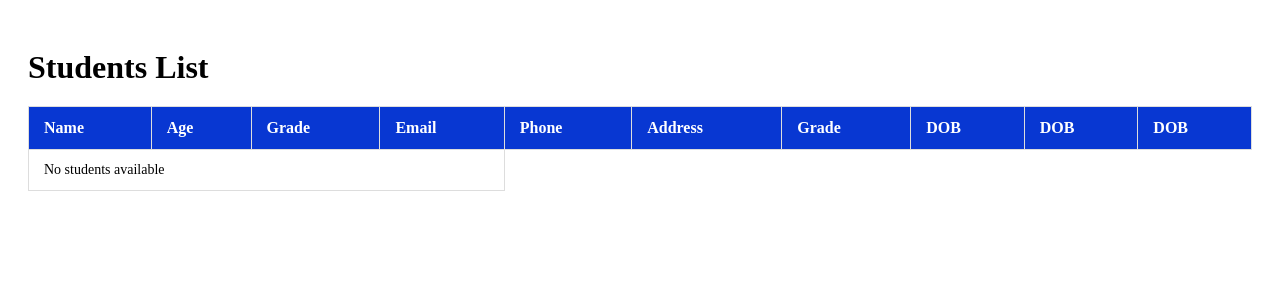
Repository: sharmisthak16/Student-Assignment
Page: /students (app in my-project/)
The author's editor kept a copy of each file at every save. The page is drawn from the files as they stood at one save, then again after the next save.
The browser window is 1280 px wide. The pictures show the whole page.
The page's requests for data from a server got no answer. The project was rebuilt for these pictures with package versions that can differ from the ones it lists, and the page was loaded fresh each time. No one was signed in, and anything a server would have sent is missing. Also part of the build but not shown: my-project/vite.config.js, my-project/src/components/LoginForm.css, my-project/src/components/LoginForm.jsx, my-project/src/components/Dashboard.css, my-project/src/components/Dashboard.jsx, my-project/src/components/HomeButtons.css, my-project/src/components/HomeButtons.jsx, my-project/src/Pages/Home.jsx and 4 more.

Above is the page before, as saved 2025-01-31 04:25:18.

### my-project/index.html
<!doctype html>
<html lang="en">
  <head>
    <meta charset="UTF-8" />

    <meta name="viewport" content="width=device-width, initial-scale=1.0" />
    <title>Assignment</title>
  </head>
  <body>
    <div id="root"></div>
    <script type="module" src="/src/main.jsx"></script>
  </body>
</html>

### my-project/src/App.jsx
import React from 'react';
import { BrowserRouter as Router, Route, Routes } from 'react-router-dom'; // Use Routes instead of Switch
import LoginForm from './components/LoginForm';
import Dashboard from './components/Dashboard'; // Create this component for the dashboard page
import Home from './Pages/Home';
import StudentTable from './components/StudentTable';
import AddStudentModal from './components/AddStudentModal'
import StudentsPage from './components/StudentPage';

function App() {
  return (
    <Router>
      <Routes>
      <Route path='/' element={<Home/>} />
        <Route path="/LoginForm" element={<LoginForm />} /> {/* Use element instead of component */}
        <Route path="/dashboard" element={<Dashboard />} /> {/* Use element instead of component */}
       <Route path="/StudentTable" element={<StudentTable />}  />
       <Route path="/AddStudentModal" element={<AddStudentModal/>}  />
       <Route path='/students' element={< StudentsPage/>}/>
      </Routes>
    </Router>
  );
}

export default App;

### my-project/src/components/StudentPage.jsx
import React, { useEffect, useState } from 'react';
import { db, collection, getDocs } from './firebase'; // Assuming you're using Firestore
import './StudentPage.css';

const StudentPage = () => {
  const [students, setStudents] = useState([]);
  const [loading, setLoading] = useState(true);

  useEffect(() => {
    const fetchStudents = async () => {
      try {
        const querySnapshot = await getDocs(collection(db, "students"));
        const studentsData = querySnapshot.docs.map(doc => ({
          id: doc.id,
          ...doc.data(),
        }));
        setStudents(studentsData);
      } catch (error) {
        console.error("Error fetching students:", error);
      } finally {
        setLoading(false);
      }
    };

    fetchStudents();
  }, []);

  return (
    <div className="students-page">
      <h1>Students List</h1>
      {loading ? (
        <p>Loading...</p>
      ) : (
        <table className="students-table">
          <thead>
            <tr>
              <th>Name</th>
              <th>Age</th>
              <th>Grade</th>
              <th>Email</th>
              <th>Phone</th>
              <th>Address</th>
              <th>Grade</th>
              <th>DOB</th>
              <th>DOB</th>
              <th>DOB</th>
            </tr>
          </thead>
          <tbody>
            {students.length > 0 ? (
              students.map(student => (
                <tr key={student.id}>
                  <td>{student.name}</td>
                  <td>{student.age}</td>
                  <td>{student.grade}</td>
                  <td>{student.email}</td>
                  <td>{student.phone}</td>
                  <td>{student.address}</td>
                  <td>{student.grade}</td>
                  <td>{student.dob}</td>
                  <td>{student.parentName}</td>
                  <td>{student.parentPhone}</td>
                </tr>
              ))
            ) : (
              <tr>
                <td colSpan="4">No students available</td>
              </tr>
            )}
          </tbody>
        </table>
      )}
    </div>
  );
};

export default StudentPage;

### my-project/src/components/firebase.js
import { initializeApp } from "firebase/app";
import { getAuth, createUserWithEmailAndPassword, signInWithEmailAndPassword } from "firebase/auth";
import { getFirestore, collection, addDoc, getDocs } from "firebase/firestore"; // Import getDocs

const firebaseConfig = {
  apiKey: "AIzaSyBbJ0LWJOG7xecQUhc7-0NGPvu33pYSSAg",
  authDomain: "assignment-f6a48.firebaseapp.com",
  projectId: "assignment-f6a48",
  storageBucket: "assignment-f6a48.appspot.com",
  messagingSenderId: "801572322432",
  appId: "1:801572322432:web:b56f932b3f50b6140f7a65",
  measurementId: "G-SBG6GTP1V2"
};

const app = initializeApp(firebaseConfig);
const auth = getAuth(app);
const db = getFirestore(app); // Firestore instance

// Export the methods you're using
export { auth, db, createUserWithEmailAndPassword, signInWithEmailAndPassword, addDoc, collection, getDocs };

### my-project/src/components/StudentPage.css
/* Students Page Styling */
.students-page {
    padding: 20px;
  }

  .students-page h1 {
    font-size: 32px;
    margin-bottom: 20px;
  }

  .students-table {
    width: 100%;
    border-collapse: collapse;
    margin-top: 20px;
  }

  .students-table th, .students-table td {
    padding: 12px 15px;
    text-align: left;
    border: 1px solid #ddd;
  }

  .students-table th {
    background-color: #0837d2;
    color: white;
  }

  .students-table tr:nth-child(even) {
    background-color: #f9f9f9;
  }

  .students-table tr:hover {
    background-color: #f1f1f1;
  }

  .students-table td {
    font-size: 14px;
  }

Loaded but not shown: my-project/src/main.jsx (common file); my-project/src/index.css (common file)

After the next save:
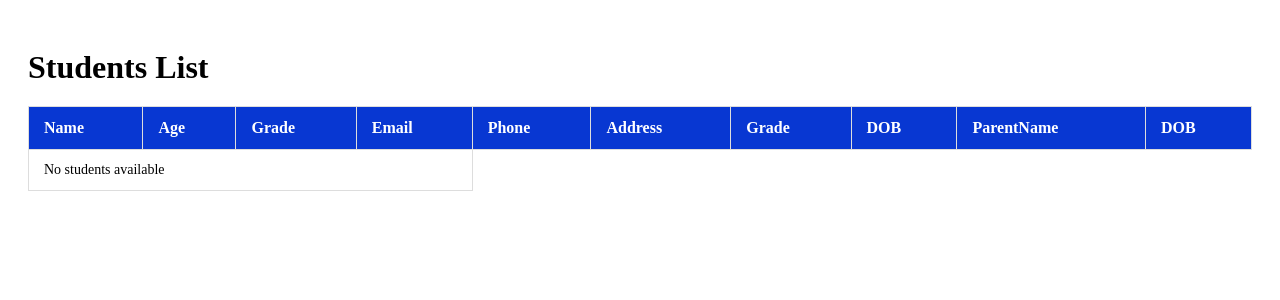
Saved 6 s later.
--- a/my-project/src/components/StudentPage.jsx
+++ b/my-project/src/components/StudentPage.jsx
@@ -42,7 +42,7 @@ const StudentPage = () => {
               <th>Address</th>
               <th>Grade</th>
               <th>DOB</th>
-              <th>DOB</th>
+              <th>ParentName</th>
               <th>DOB</th>
             </tr>
           </thead>
